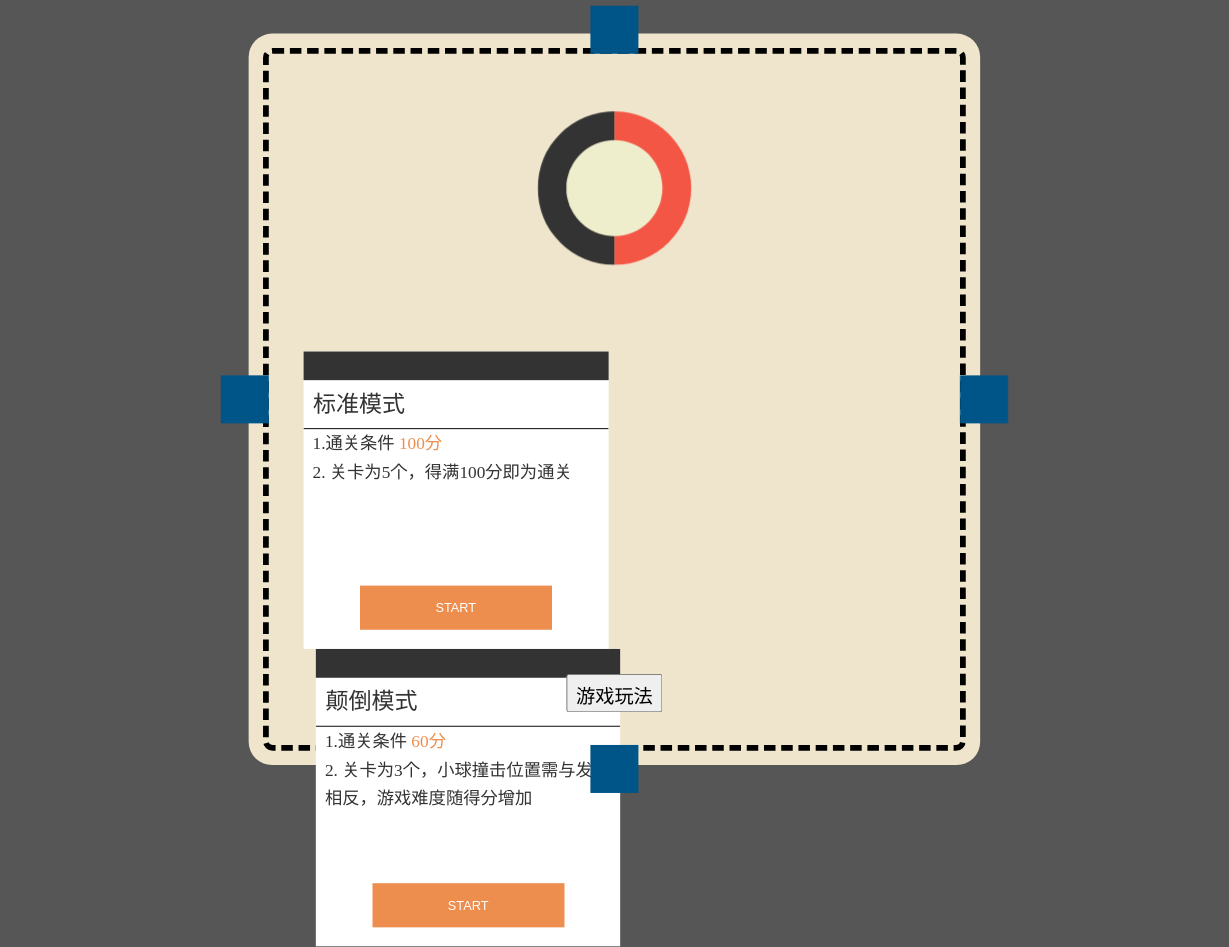
Repository: EEETA/ball-game
Page: theBall2/index.html
These files come from the project's save history. The page is drawn as it stood at one moment and after the next save; the edit follows.
The browser window is 1280 px wide. The pictures show the whole page, at 96% of full size.

Above is the page before, as saved 2018-08-20 11:26:10.

After the next save:
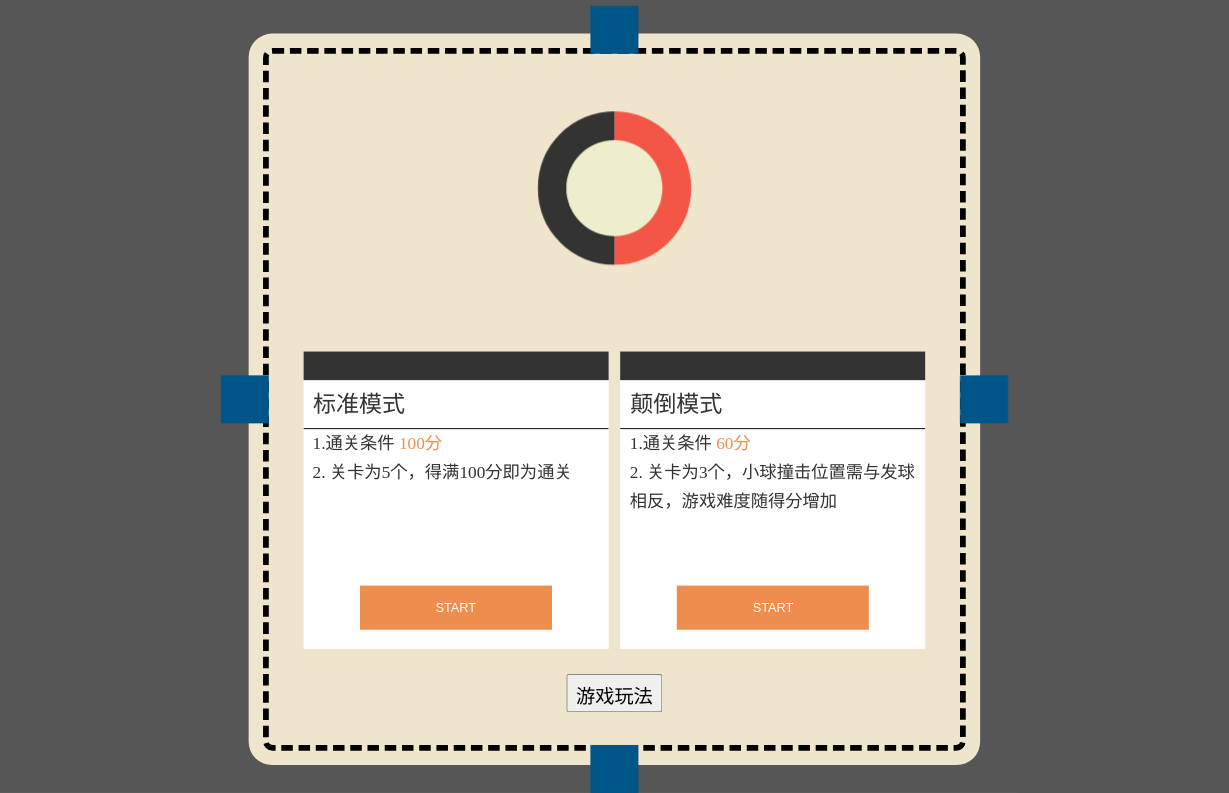
Saved 81 s later.
--- a/theBall2/style/index.css
+++ b/theBall2/style/index.css
@@ -263,7 +263,7 @@ button{outline: none;}
     color:#333;
     border-top: 30px solid;
 }
-.playWrap:nth-child(2){margin: 0 2%;}
+.playWrap:nth-child(2){float: right;}
 .playWrap:hover{
     background: rgba(255,255,255,.7)
 }
